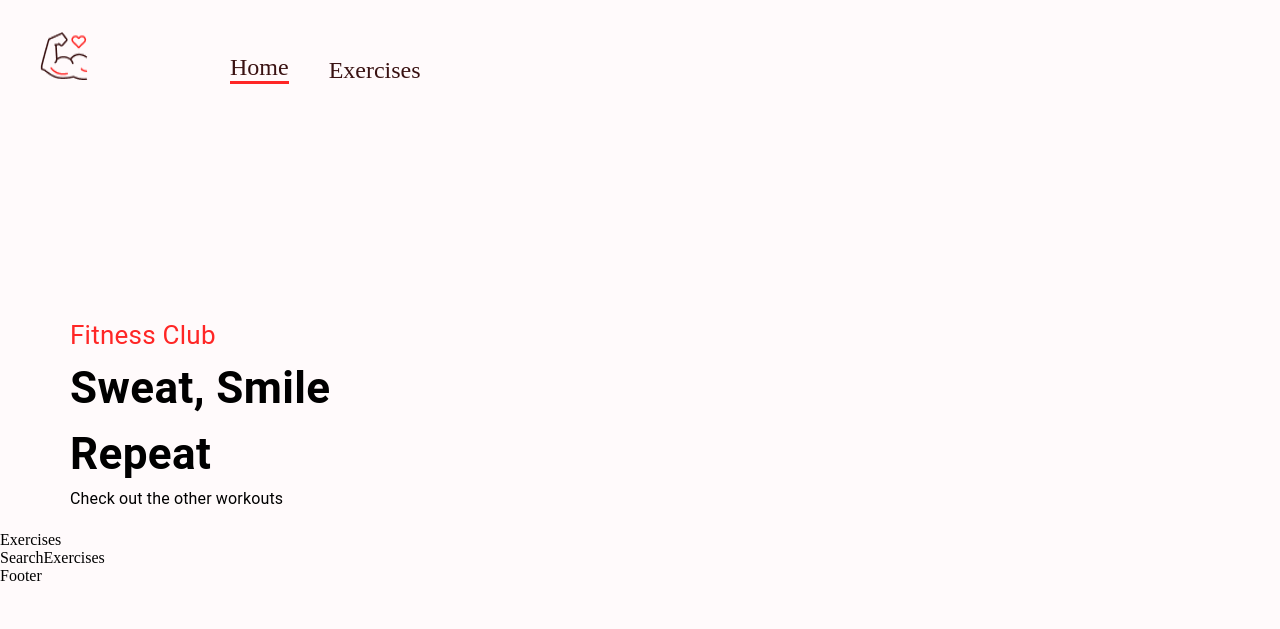
Repository: lvcg/FlexFiend
Page: /
An editor plug-in stored every save of this project. The page is shown before and after a run of saves, followed by the edit.
The browser window is 1280 px wide. The pictures show the whole page.
The project was rebuilt for these pictures with package versions that can differ from the ones it lists, and the page was loaded fresh each time. Also part of the build but not shown: src/pages/ExerciseDetail.js.

Above is the page before, as saved 2023-03-06 13:28:50.

### src/index.js
// Connect application to the DOM

// Import React and ReactDOM libraries
import React from 'react';
import ReactDOM from 'react-dom';
import { BrowserRouter } from 'react-router-dom';

// App component
import App from './App';

// Render App component to the DOM
const root = ReactDOM.createRoot(document.getElementById('root'));

// Render App component to the DOM
root.render(
    <BrowserRouter>
        <App />
    </BrowserRouter>
);

### src/App.js
import React from 'react'

// Router imports for Home page
import { Route,Routes } from 'react-router-dom';
import { Box } from '@mui/material';

// Import Css file
import './App.css'

// Import Pages
import ExerciseDetail from './pages/ExerciseDetail';
import Home from './pages/Home';

// Import Navbar & Footer
import Navbar from './components/Navbar';
import Footer from './components/Footer';

const App = () => {
  return (
    <Box width="400px" sx={{ width: { xl: '1488px' }}} m="auto" >
        <Navbar/>
        <Routes>
            <Route path="/" element={<Home />} />
            <Route path="/exercise/:id" element={<ExerciseDetail />} />
        </Routes>
        <Footer />
    </Box>
  )
}

export default App

### src/pages/Home.js
import React, { useState }from 'react';
import { Box } from '@mui/material';


// Components
import Exercises from '../components/Exercises';
import HeroBanner from '../components/HeroBanner';
import SearchExercises from '../components/SearchExercises';


const Home = () => {
  return (
    <Box>
      <HeroBanner />
      <Exercises />
      <SearchExercises />
    </Box>
  )
}

export default Home

### src/components/Navbar.js
import React from 'react'
import { Link } from 'react-router-dom';
import { Stack } from '@mui/material';

import Logo from '../assets/images/Logo.png';

const Navbar = () => {
  return (
    // Initial wrapper for the stack
    <Stack direction="row"
      justifyContent="space-around"
      sx={{ gap: {
        sm: '122px', xs: '40px'
      },
      mt: {sm: '32px', xs: '20px'},
      justifyContent: 'none'
    }} px="20px"
    >

      <Link to="/">
        <img src={Logo} alt="logo" style={{ width: '48px', height: '48px', margin:'0 20px'}} />
      </Link>
      <Stack
        direction="row"
        gap="40px"
        fontSize="24px"
        alignItems="flex-end"
      >
        <Link to="/" style={{textDecoration: 'none', color: "#3a1212", borderBottom: '3px solid #FF2625'}}>Home</Link>
        <a herf="#exercises" style={{textDecoration: 'none', color:'#3a1212'}}>Exercises</a>
      </Stack>
    </Stack >
  )
}

export default Navbar

### src/components/HeroBanner.js
import React from 'react';
import { Box, Stack, Typography } from '@mui/material';

const HeroBanner = () => {
  return (
    <Box sx={{
        mt: { lg: '212px', xs: '70px'},
        ml: { sm: '50px'}
    }} position="relative" p="20px"
    >
        <Typography color="#FF2625" fontweight="600" fontSize="26px">
            Fitness Club
        </Typography>
        <Typography fontWeight={700}
            sx={{ fontSize: { lg: '44px', xs: '40px'}}}
        >
            Sweat, Smile <br /> Repeat
        </Typography>
        <Typography>
            Check out the other workouts
        </Typography>
    </Box>
  )
}

export default HeroBanner

Loaded but not shown: public/index.html (common file); src/App.css (common file); src/components/Footer.js (common file); src/components/Exercises.js (common file); src/components/SearchExercises.js (common file)

After the next 9 saves:
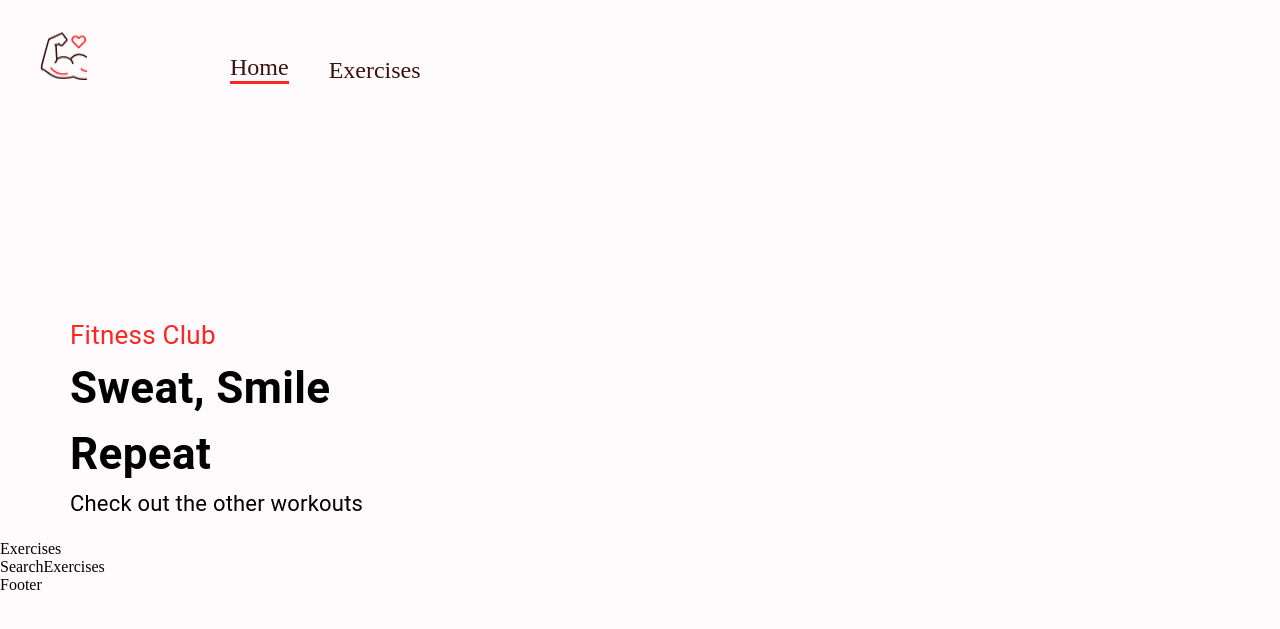
The 9 saves are shown as one change because they came seconds apart.
The last was saved 2 min 21 s later.
--- a/src/components/HeroBanner.js
+++ b/src/components/HeroBanner.js
@@ -16,7 +16,7 @@
         >
             Sweat, Smile <br /> Repeat
         </Typography>
-        <Typography>
+        <Typography fontSize="22px" lineheight="">
             Check out the other workouts
         </Typography>
     </Box>
